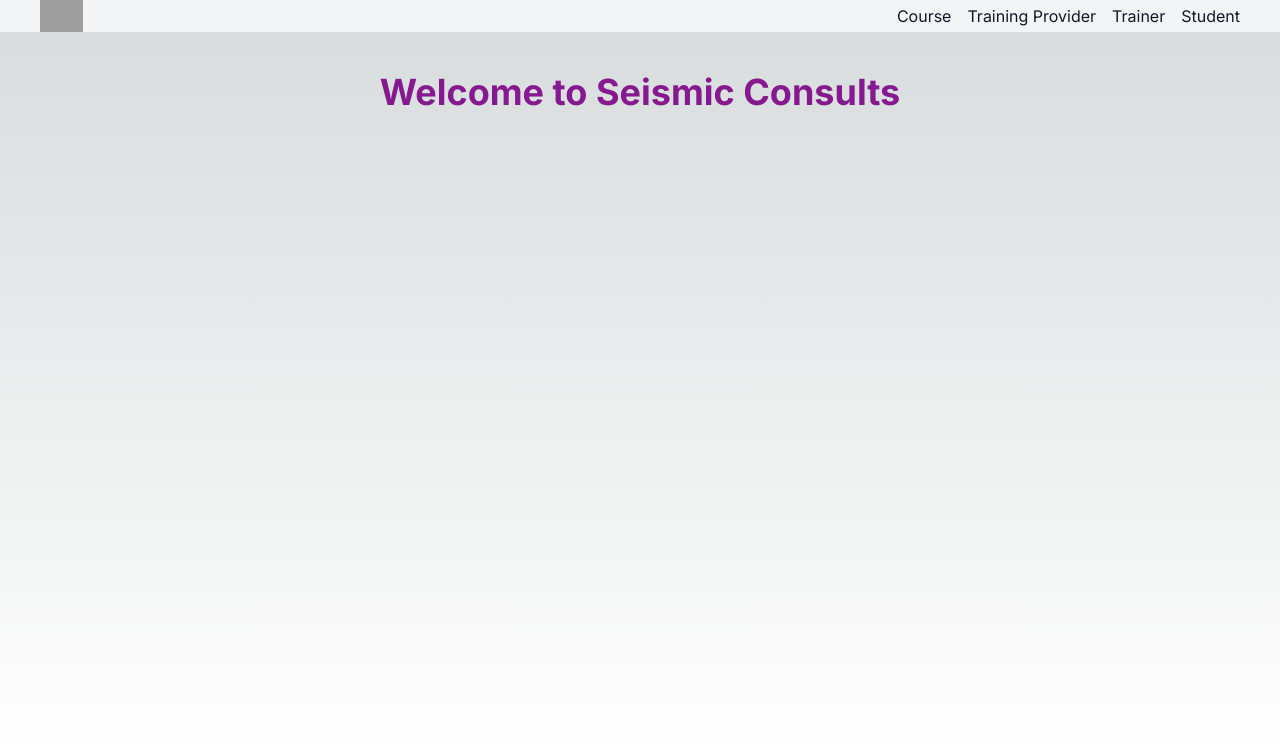
Repository: marcusdashe/seismicconsults-frontend
Page: /
The author's editor kept a copy of each file at every save. The page is drawn from the files as they stood at one save, then again after the next save.
The browser window is 1280 px wide. The pictures show the whole page.
Pictures or frames that could not be fetched are drawn as grey boxes. The project was rebuilt for these pictures with package versions that can differ from the ones it lists, and the page was loaded fresh each time. The framework's server and built-in components were replaced by stand-ins that run in the browser. Also part of the build but not shown: next.config.js.

Above is the page before, as saved 2023-08-01 19:12:51.

After the next save:
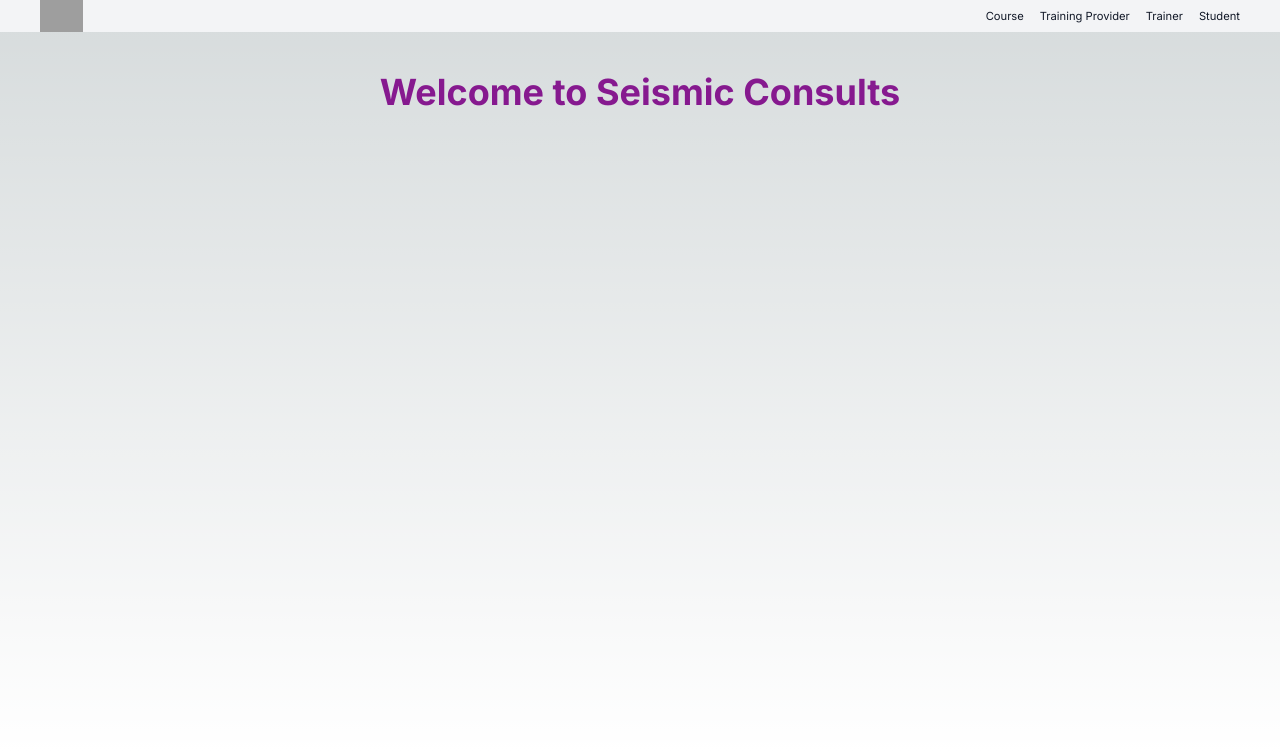
Saved 43 s later.
--- a/app/components/NavBar.tsx
+++ b/app/components/NavBar.tsx
@@ -2,7 +2,7 @@
 
 const NavBar = () => {
   return (
-    <nav className="flex justify-between items-center px-10 w-full font-size-[.5rem] bg-gray-100">
+    <nav className="flex justify-between items-center px-10 w-full text-[.7rem] bg-gray-100">
       <a href="/" className="text-gray-900">
         <img src="/logo.png" alt="Logo" className="h-8 w-auto" />
       </a>
